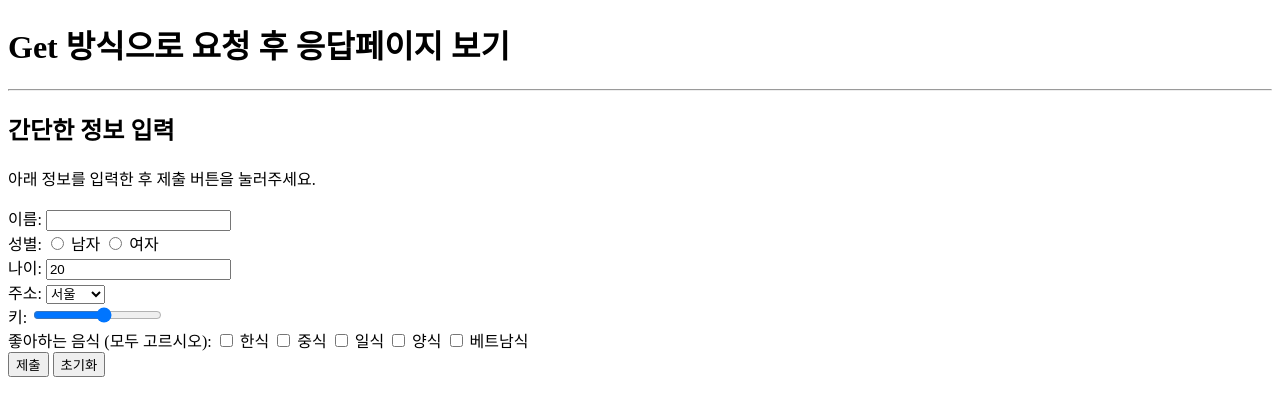
Repository: rsvprzdz/Servlet
Page: 1_servlet/src/main/webapp/views/requestTest_POST.html
These files come from the project's save history. The page is drawn as it stood at one moment and after the next save; the edit follows.
The browser window is 1280 px wide. The pictures show the whole page.

Above is the page before, as saved 2024-08-22 05:22:53.

### 1_servlet/src/main/webapp/views/requestTest_POST.html
<!DOCTYPE html>
<html>
<head>
<meta charset="UTF-8">
<title>GET 방식 테스트 페이지</title>
</head>
<body>
	<h1>Get 방식으로 요청 후 응답페이지 보기</h1>

  <hr>

  <h2>간단한 정보 입력</h2>
    <p>아래 정보를 입력한 후 제출 버튼을 눌러주세요.</p>

    <!--
      * 서블릿 요청 시 반드시 context root(/1_servlet) 뒤에 작성해야 함!
      ex) http://localhost:8888/1_servlet/test.do

      - 상대 경로 (문구로 시작하는 경우) : 마지막 / 뒤에 요청url이 붙어져서 요청
          => http://localhost:8888/1_servlet/views/test.do (x)
      - 절대 경로 (/로 시작하는 경우) : 포트번호 뒤에 요청 url이 붙여져서 요청
          => http://localhost:8888/1_servlet/test.do (o)
    -->
    <form action="/1_servlet/test.do" method="get">
      <div>
        <label for="userName">이름: </label>
        <input type="text" id="userName" name="userName">
      </div>

      <div>
        성별:
        <input type="radio" name="gender" id="genderM" value="남자">
        <label for="genderM">남자</label>
        <input type="radio" name="gender" id="genderF" valu="여자">
        <label for="genderF">여자</label>
      </div>

      <div>
        <label for="age">나이: </label>
        <input type="number" name="age" id="age" value="20">
      </div>

      <div><label for="address">주소: </label>
        <select name="address" id="address">
          <option value="서울">서울</option>
          <option value="경기도">경기도</option>
          <option value="경상도">경상도</option>
          <option value="강원도">강원도</option>
          <option value="전라도">전라도</option>
          <option value="제주도">제주도</option>
        </select>
      </div>

      <div>
        <label for="height">키: </label>
        <input type="range" name="height" id="height"
                min="110" max="200" value="160" step="5">
      </div>

      <div>
        좋아하는 음식 (모두 고르시오):
        <input type="checkbox" name="food" value="한식"> 한식
        <input type="checkbox" name="food" value="중식"> 중식
        <input type="checkbox" name="food" value="일식"> 일식
        <input type="checkbox" name="food" value="양식"> 양식
        <input type="checkbox" name="food" value="베트남식"> 베트남식
      </div>

      <input type="submit" value="제출">
      <input type="reset" value="초기화">
    </form>
</body>
</html>

After the next save:
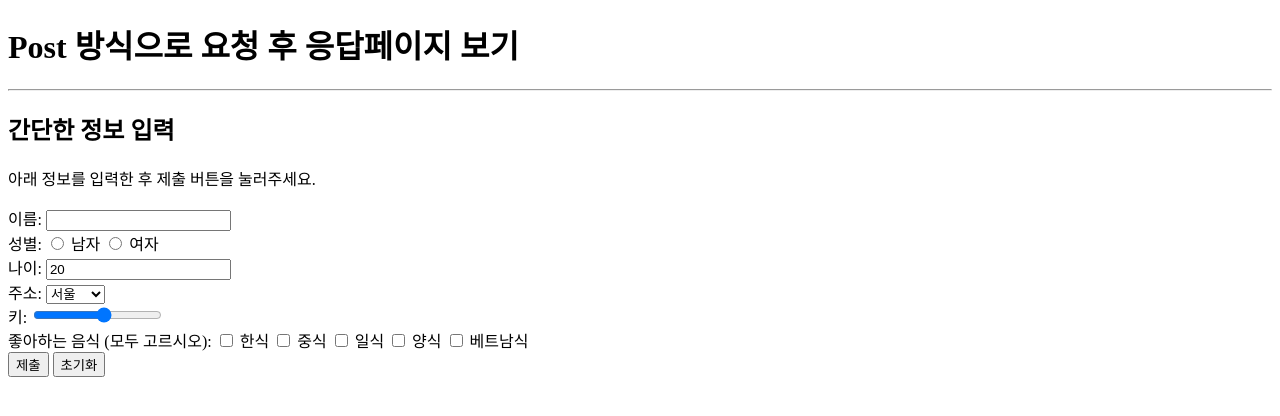
Saved 3 min 19 s later.
--- a/1_servlet/src/main/webapp/views/requestTest_POST.html
+++ b/1_servlet/src/main/webapp/views/requestTest_POST.html
@@ -2,10 +2,10 @@
 <html>
 <head>
 <meta charset="UTF-8">
-<title>GET 방식 테스트 페이지</title>
+<title>Post 방식 테스트 페이지</title>
 </head>
 <body>
-	<h1>Get 방식으로 요청 후 응답페이지 보기</h1>
+	<h1>Post 방식으로 요청 후 응답페이지 보기</h1>
 
   <hr>
 
@@ -21,7 +21,7 @@
       - 절대 경로 (/로 시작하는 경우) : 포트번호 뒤에 요청 url이 붙여져서 요청
           => http://localhost:8888/1_servlet/test.do (o)
     -->
-    <form action="/1_servlet/test.do" method="get">
+    <form action="/1_servlet/test2.do" method="post">
       <div>
         <label for="userName">이름: </label>
         <input type="text" id="userName" name="userName">
